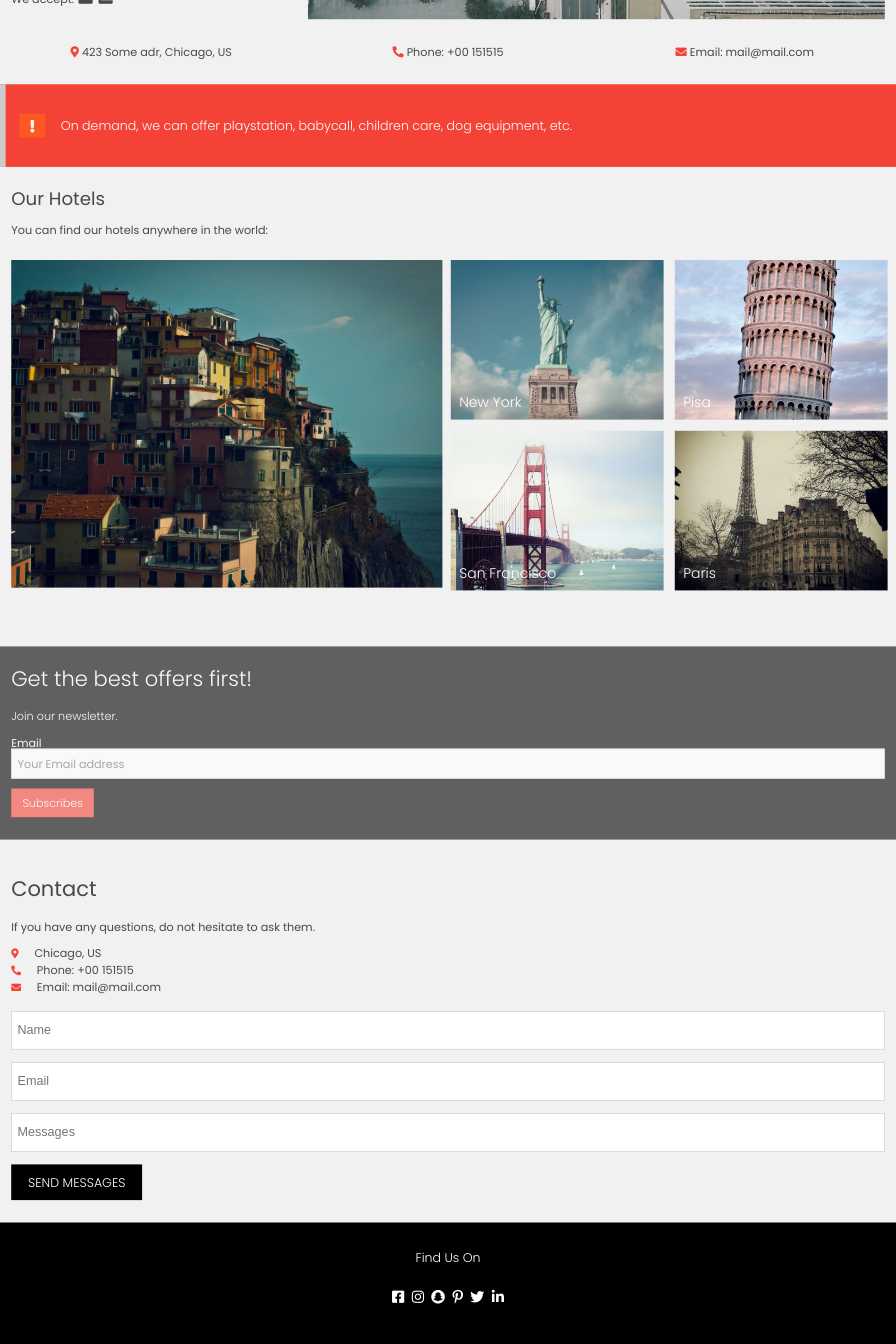
Repository: phamhuuloc/Travel_Template
Page: index.html
These files come from the project's save history. The page is drawn as it stood at one moment and after the next save; the edit follows.
The browser window is 1280 px wide. The pictures show the part of the page from y = 1989 to 3909 px (the page is 3909 px tall before and 3889 px after), at 70% of full size.
The style sheet was rebuilt from its Sass, Less or Tailwind sources for each picture, by a compiler version that may differ from the author's.

Above is the page before, as saved 2021-09-21 13:39:51.

After the next save:
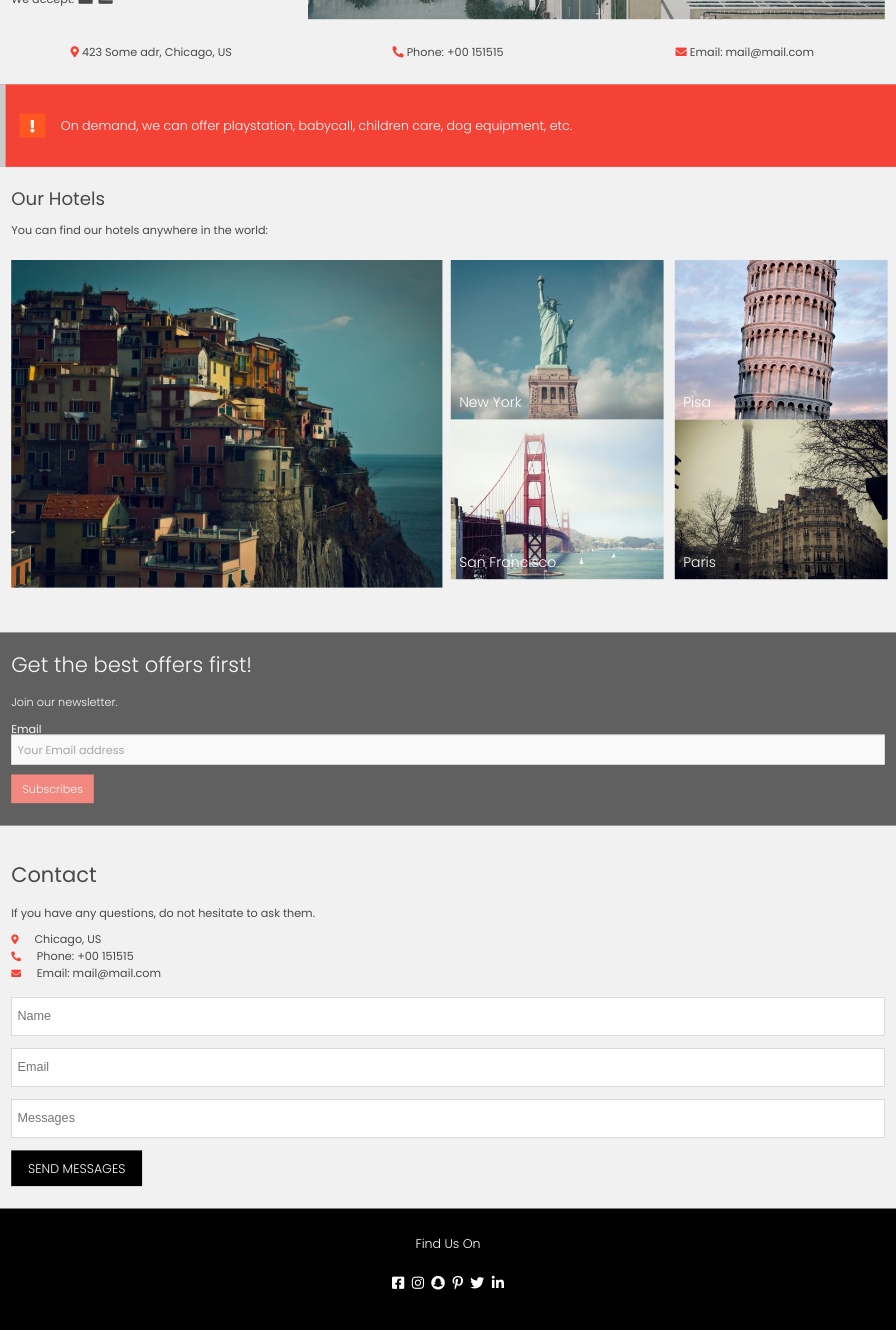
Saved 6 min 22 s later.
--- a/assets/main.scss
+++ b/assets/main.scss
@@ -307,7 +307,7 @@ sup {
   }
   &__extend {
     &-item {
-      margin-bottom: 16px;
+      // margin-bottom: 16px;
     }
   }
   &__container {

After the save that followed:
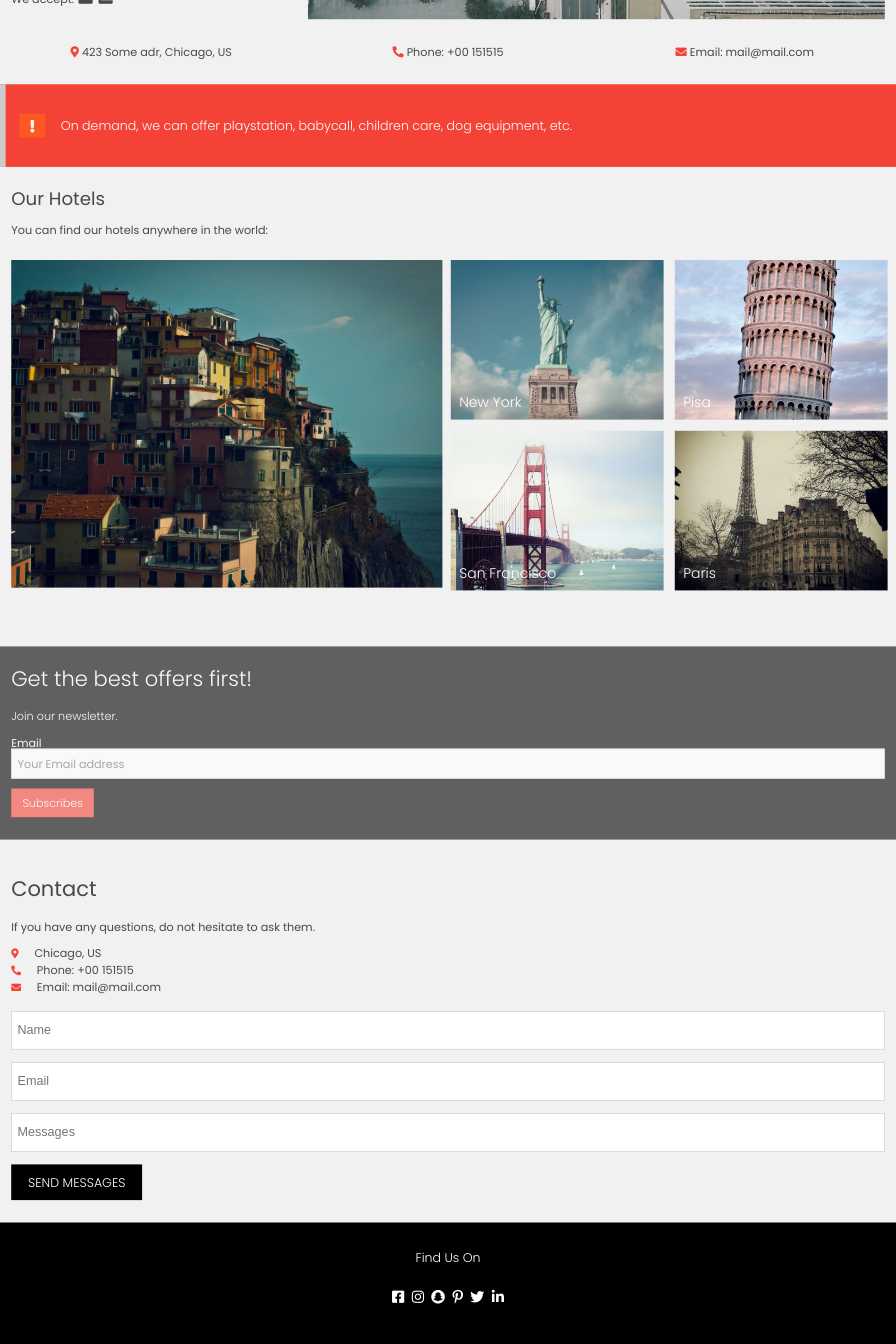
Saved 20 s later.
--- a/assets/main.scss
+++ b/assets/main.scss
@@ -312,6 +312,7 @@ sup {
   }
   &__container {
     position: relative;
+    margin-bottom: 1.6rem;
     &-name {
       position: absolute;
       left: 0;
